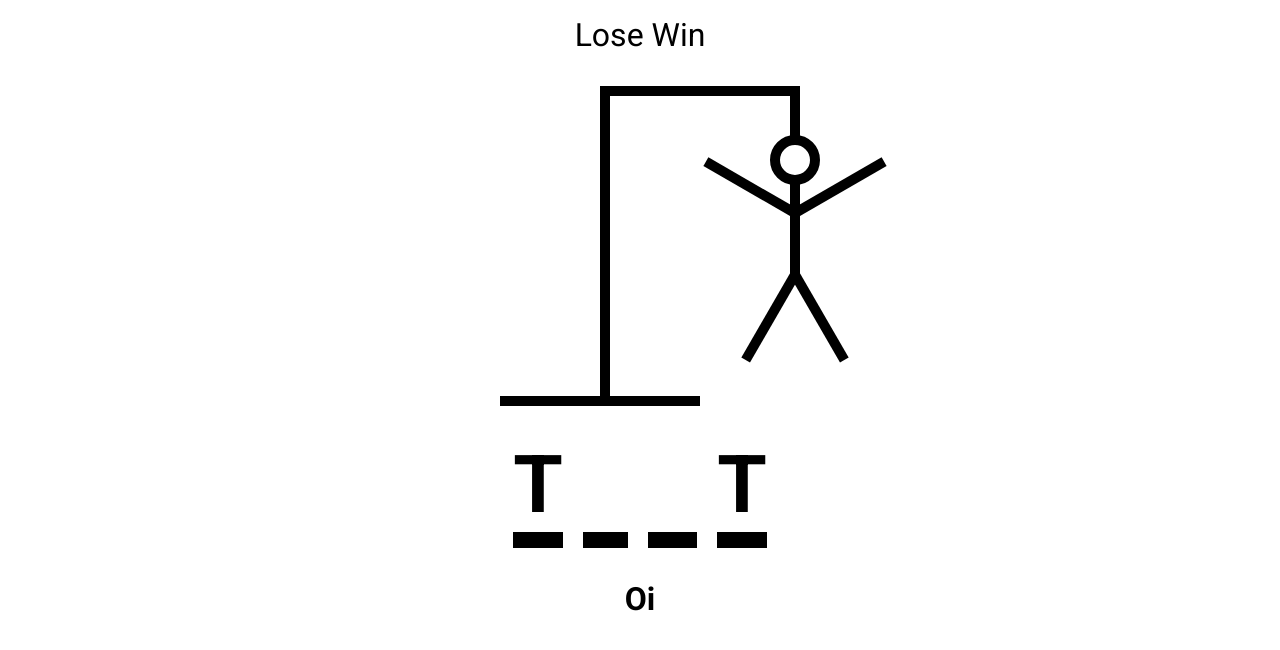
Repository: guilhermecardoso93/jogodaforca
Page: /
An editor plug-in stored every save of this project. The page is shown before and after the next save, followed by the edit.
The browser window is 1280 px wide. The pictures show the whole page.
The project was rebuilt for these pictures with package versions that can differ from the ones it lists, and the page was loaded fresh each time. Also part of the build but not shown: vite.config.ts.

Above is the page before, as saved 2022-12-06 21:22:07.

After the next save:
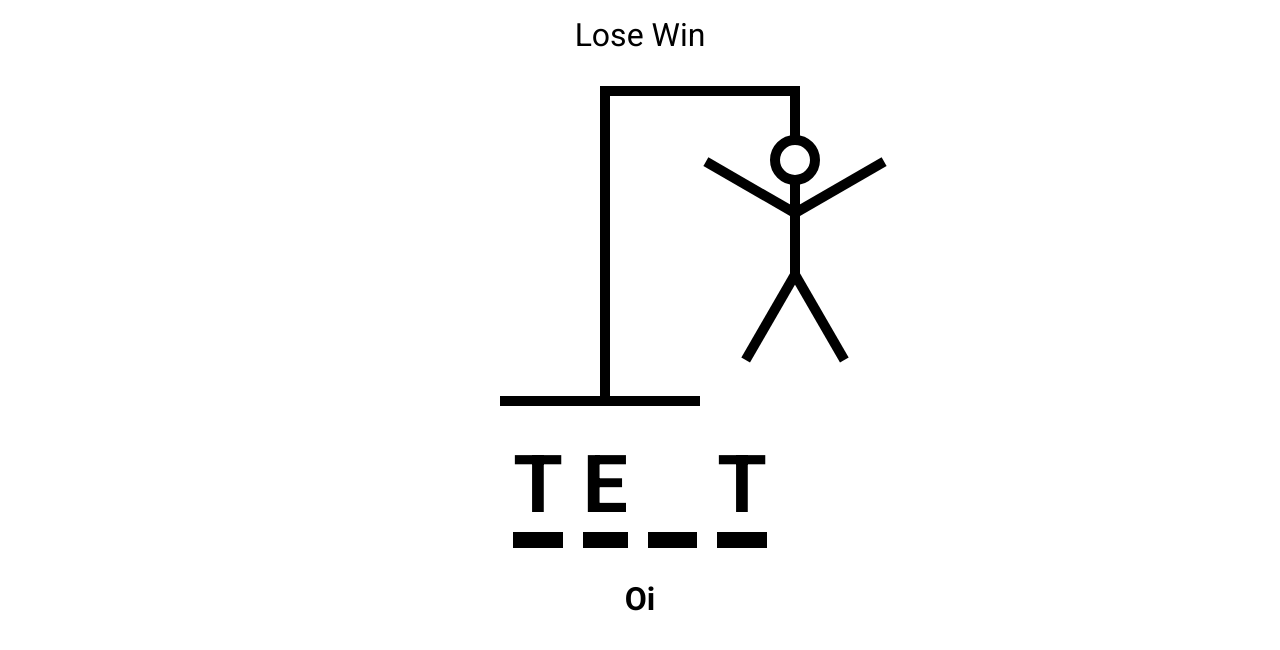
Saved 16 s later.
--- a/src/components/HangmanWord.tsx
+++ b/src/components/HangmanWord.tsx
@@ -2,7 +2,7 @@ import "../App.css";
 
 export function HangmanWord() {
   const word = "test";
-  const guessedLetters = ["t"];
+  const guessedLetters = ["t", 'e'];
 
   return (
     <div className="HangmanWordContainer">
